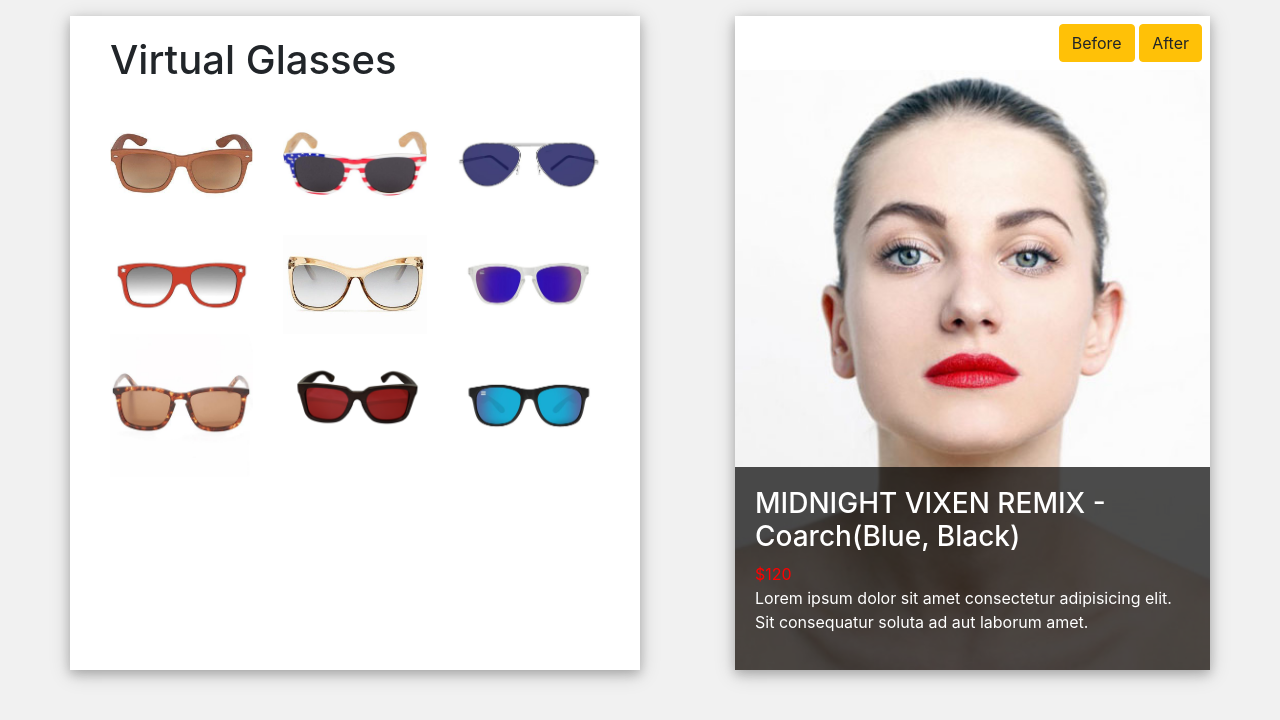
Repository: Khoi300399/BC35E_ES6_B2_MaThanhKhoi
Page: index.html
The author's editor kept a copy of each file at every save. The page is drawn from the files as they stood at one save, then again after the next save.
The browser window is 1280 px wide. The pictures show the whole page.

Above is the page before, as saved 2022-10-21 23:43:00.

### index.html
<!DOCTYPE html>
<html lang="en">
  <head>
    <title>Virtual Glasses</title>
    <!-- Required meta tags -->
    <meta charset="utf-8" />
    <meta
      name="viewport"
      content="width=device-width, initial-scale=1, shrink-to-fit=no"
    />

    <!-- Bootstrap CSS -->
    <link
      rel="stylesheet"
      href="https://stackpath.bootstrapcdn.com/bootstrap/4.3.1/css/bootstrap.min.css"
      integrity="sha384-ggOyR0iXCbMQv3Xipma34MD+dH/1fQ784/j6cY/iJTQUOhcWr7x9JvoRxT2MZw1T"
      crossorigin="anonymous"
    />

    <!-- Main CSS -->
    <link rel="stylesheet" href="./css/index.css" />
  </head>

  <body>
    <div class="container vglasses py-3">
      <div class="row justify-content-between">
        <div class="col-6 vglasses__left">
          <div class="row">
            <div class="col-12">
              <h1 class="mb-2">Virtual Glasses</h1>
            </div>
          </div>
          <div class="row" id="vglassesList"></div>
        </div>
        <div class="col-5 vglasses__right p-0">
          <div class="vglasses__card">
            <div class="mb-2 text-right mt-2 mr-2">
              <button
                id="btn1"
                class="btn btn-warning"
                onclick="removeGlasses()"
              >
                Before
              </button>
              <button id="btn2" class="btn btn-warning" onclick="addGlasses()">
                After
              </button>
            </div>
            <div class="vglasses__model" id="avatar"></div>
            <div id="glassesInfo" class="vglasses__info">
              <h3>MIDNIGHT VIXEN REMIX - Coarch(Blue, Black)</h3>
              <span>$120</span>
              <p>
                Lorem ipsum dolor sit amet consectetur adipisicing elit. Sit
                consequatur soluta ad aut laborum amet.
              </p>
            </div>
          </div>
        </div>
      </div>
    </div>

    <!-- Optional JavaScript -->
    <!-- jQuery first, then Popper.js, then Bootstrap JS -->
    <script
      src="https://code.jquery.com/jquery-3.4.1.js"
      integrity="sha256-WpOohJOqMqqyKL9FccASB9O0KwACQJpFTUBLTYOVvVU="
      crossorigin="anonymous"
    ></script>
    <!-- <script src="https://code.jquery.com/jquery-3.3.1.slim.min.js" integrity="sha384-q8i/X+965DzO0rT7abK41JStQIAqVgRVzpbzo5smXKp4YfRvH+8abtTE1Pi6jizo" crossorigin="anonymous"></script> -->
    <script
      src="https://cdnjs.cloudflare.com/ajax/libs/popper.js/1.14.7/umd/popper.min.js"
      integrity="sha384-UO2eT0CpHqdSJQ6hJty5KVphtPhzWj9WO1clHTMGa3JDZwrnQq4sF86dIHNDz0W1"
      crossorigin="anonymous"
    ></script>
    <script
      src="https://stackpath.bootstrapcdn.com/bootstrap/4.3.1/js/bootstrap.min.js"
      integrity="sha384-JjSmVgyd0p3pXB1rRibZUAYoIIy6OrQ6VrjIEaFf/nJGzIxFDsf4x0xIM+B07jRM"
      crossorigin="anonymous"
    ></script>

    <!-- MAIN JS -->
    <script type="" src="./js/main.js"></script>
  </body>
</html>

### css/index.css
/* GLOBAL */
* {
  box-sizing: border-box;
}
body {
  background: #f1f1f1;
}

/* MAIN CSS */
.vglasses__left {
  background-color: white;
  padding: 20px 40px;
  box-shadow: 0 4px 10px 0 rgba(0, 0, 0, 0.2), 0 4px 20px 0 rgba(0, 0, 0, 0.19);
}
.vglasses__left .col-4 {
  align-self: center;
}
.vglasses__items {
  width: 50px;
  height: 50px;
}

.vglasses__left img {
  cursor: pointer;
  width: 100%;
  height: 100%;
}

.vglasses__right {
  box-shadow: 0 4px 10px 0 rgba(0, 0, 0, 0.2), 0 4px 20px 0 rgba(0, 0, 0, 0.19);
}

.vglasses__model {
  background-image: url("../img/model.jpg");
  background-position: center top;
  background-size: cover;
  height: 600px;
}

.vglasses__model img {
  position: absolute;
  top: 32%;
  left: 25%;
  width: 238px;
  height: 85px;
  opacity: 0.9;
}

.vglasses__card {
  position: relative;
  overflow: hidden;
  background-color: white;
}

.vglasses__info {
  position: absolute;
  bottom: 0;
  left: 0;
  background-color: rgba(0, 0, 0, 0.7);
  width: 100%;
  color: white;
  padding: 20px;
}

.vglasses__info h3 {
}

.vglasses__info span {
  color: red;
}

#glasses {
  transition: all 0.5s;
}

### js/main.js
let dataGlasses = [
  {
    id: "G1",
    src: "./img/g1.jpg",
    virtualImg: "./img/v1.png",
    brand: "Armani Exchange",
    name: "Bamboo wood",
    color: "Brown",
    price: 150,
    description:
      "Lorem ipsum dolor sit amet consectetur adipisicing elit. Nobis ea voluptates officiis? ",
  },
  {
    id: "G2",
    src: "./img/g2.jpg",
    virtualImg: "./img/v2.png",
    brand: "Arnette",
    name: "American flag",
    color: "American flag",
    price: 150,
    description:
      "Lorem ipsum dolor, sit amet consectetur adipisicing elit. In assumenda earum eaque doloremque, tempore distinctio.",
  },
  {
    id: "G3",
    src: "./img/g3.jpg",
    virtualImg: "./img/v3.png",
    brand: "Burberry",
    name: "Belt of Hippolyte",
    color: "Blue",
    price: 100,
    description: "Lorem ipsum dolor, sit amet consectetur adipisicing elit.",
  },
  {
    id: "G4",
    src: "./img/g4.jpg",
    virtualImg: "./img/v4.png",
    brand: "Coarch",
    name: "Cretan Bull",
    color: "Red",
    price: 100,
    description: "In assumenda earum eaque doloremque, tempore distinctio.",
  },
  {
    id: "G5",
    src: "./img/g5.jpg",
    virtualImg: "./img/v5.png",
    brand: "D&G",
    name: "JOYRIDE",
    color: "Gold",
    price: 180,
    description:
      "Lorem ipsum dolor, sit amet consectetur adipisicing elit. Error odio minima sit labore optio officia?",
  },
  {
    id: "G6",
    src: "./img/g6.jpg",
    virtualImg: "./img/v6.png",
    brand: "Polo",
    name: "NATTY ICE",
    color: "Blue, White",
    price: 120,
    description: "Lorem ipsum dolor, sit amet consectetur adipisicing elit.",
  },
  {
    id: "G7",
    src: "./img/g7.jpg",
    virtualImg: "./img/v7.png",
    brand: "Ralph",
    name: "TORTOISE",
    color: "Black, Yellow",
    price: 120,
    description:
      "Lorem ipsum dolor sit amet consectetur adipisicing elit. Enim sint nobis incidunt non voluptate quibusdam.",
  },
  {
    id: "G8",
    src: "./img/g8.jpg",
    virtualImg: "./img/v8.png",
    brand: "Polo",
    name: "NATTY ICE",
    color: "Red, Black",
    price: 120,
    description:
      "Lorem ipsum dolor sit amet consectetur adipisicing elit. Reprehenderit, unde enim.",
  },
  {
    id: "G9",
    src: "./img/g9.jpg",
    virtualImg: "./img/v9.png",
    brand: "Coarch",
    name: "MIDNIGHT VIXEN REMIX",
    color: "Blue, Black",
    price: 120,
    description:
      "Lorem ipsum dolor sit amet consectetur adipisicing elit. Sit consequatur soluta ad aut laborum amet.",
  },
];

let renderGlassesUI = () => {
  let contentHTMl = ``;
  for (let value of dataGlasses) {
    contentHTMl += `
    <div class="col-4 .vglasses__items">
        <img src="${value.src}" onclick="btnShowGlasses('${value.virtualImg}')"  alt="" />
    </div>
    `;
  }
  document.querySelector("#vglassesList").innerHTML = contentHTMl;
};

let btnShowGlasses = (value) => {
  let contentHTML = `
    <img src="${value}" alt="" />
    `;
  document.querySelector("#avatar").innerHTML = contentHTML;
  document.querySelector("#avatar img").style.opacity = 0.8;
};

let removeGlasses = () => {
  document.querySelector("#avatar img").style.opacity = 0;
};

let addGlasses = () => {
  document.querySelector("#avatar img").style.opacity = 0.8;
};

window.onload = () => {
  renderGlassesUI();
};

After the next save:
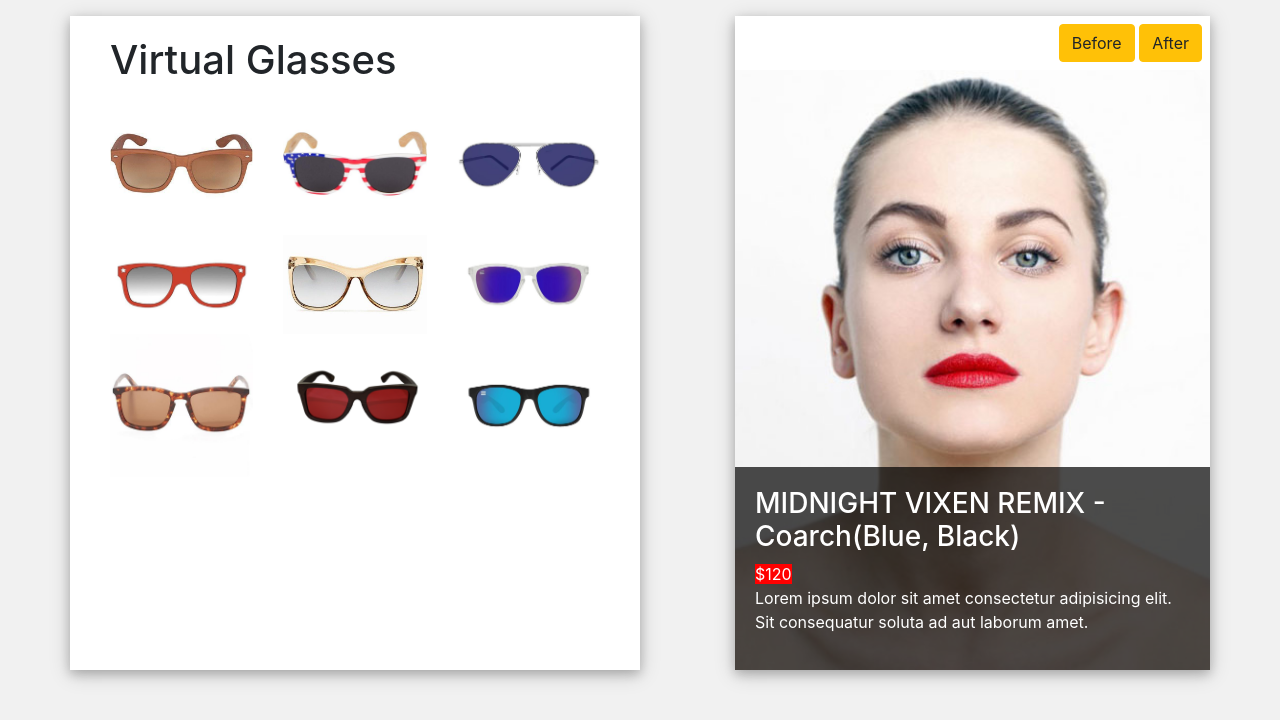
Saved 13 s later.
--- a/css/index.css
+++ b/css/index.css
@@ -66,7 +66,7 @@ body {
 }
 
 .vglasses__info span {
-  color: red;
+  background-color: red;
 }
 
 #glasses {
